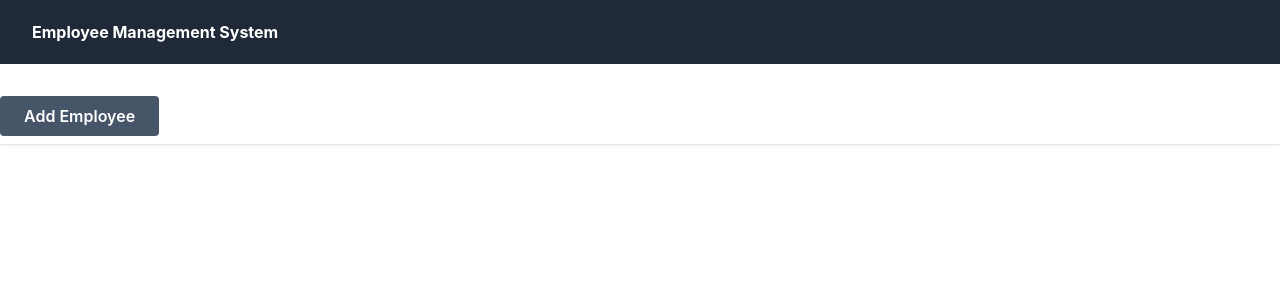
Repository: Atanu484/Full-Stack-Employee-Management-System
Page: / (app in employee-system-frontend/)
An editor plug-in stored every save of this project. The page is shown before and after a run of saves, followed by the edit.
The browser window is 1280 px wide. The pictures show the whole page.
The project was rebuilt for these pictures with package versions that can differ from the ones it lists, and the page was loaded fresh each time. Also part of the build but not shown: employee-system-frontend/src/App.css, employee-system-frontend/src/services/EmployeeService.js, employee-system-frontend/src/components/AddEmployee.js.

Above is the page before, as saved 2022-08-15 01:46:03.

After the next 2 saves:
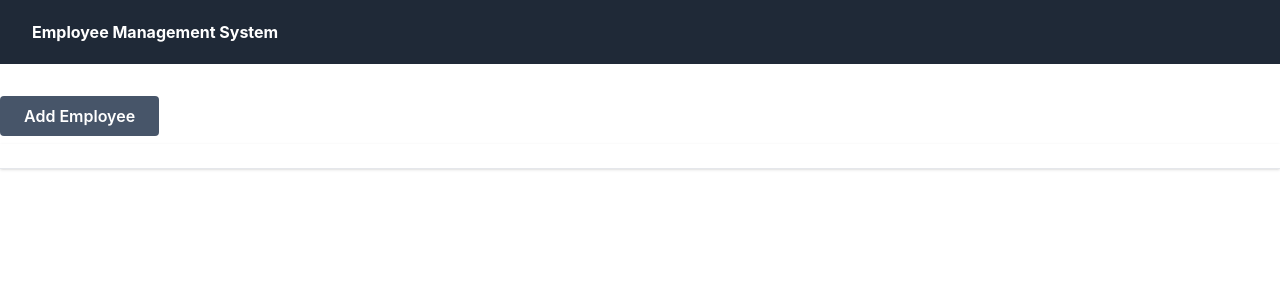
The 2 saves are shown as one change because 1 did not build or start.
The last was saved 12 s later.
--- a/employee-system-frontend/src/components/EmployeeList.js
+++ b/employee-system-frontend/src/components/EmployeeList.js
@@ -11,7 +11,9 @@ const EmployeeList = () => {
             <div className='flex shadow border-b'>
                 <table>
                     <thread>
+                        <tr>
 
+                        </tr>
                     </thread>
                 </table>
             </div>
